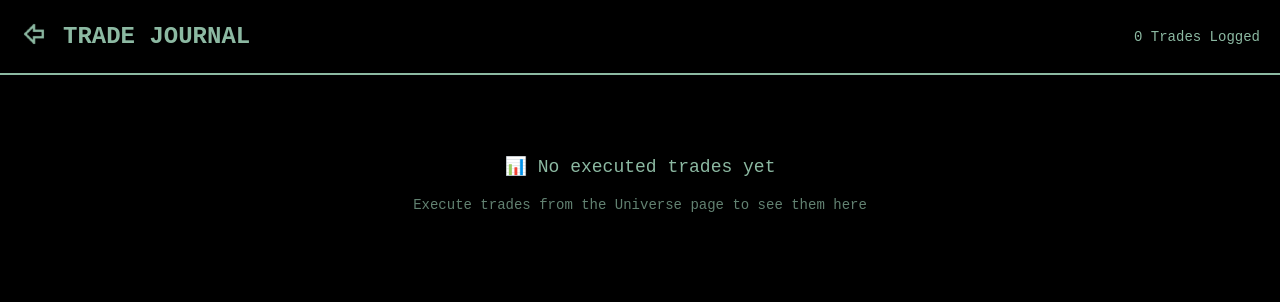
Repository: 11612x/burnlistv1.1
Page: /journal
An editor plug-in stored every save of this project. The page is shown before and after the next save, followed by the edit.
The browser window is 1280 px wide. The pictures show the whole page.
The project was rebuilt for these pictures with package versions that can differ from the ones it lists, and the page was loaded fresh each time. Also part of the build but not shown: vite.config.js, src/components/CustomTooltip.jsx, src/logic/portfolioUtils.js, src/components/WatchlistChart.jsx, src/data/randomNames.js, src/data/mockTickerGenerator.js, src/components/NotificationBanner.jsx, src/pages/HomePage.jsx and 22 more.

Above is the page before, as saved 2025-07-25 15:57:22.

After the next save:
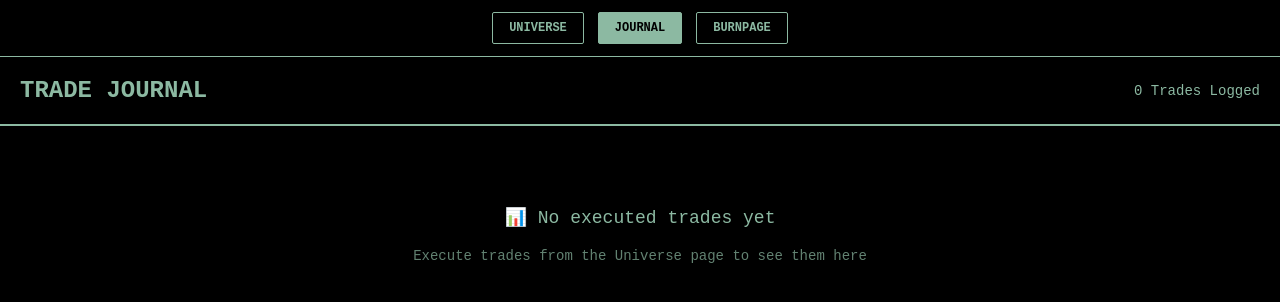
Saved 15 s later.
--- a/src/pages/TradeJournal.jsx
+++ b/src/pages/TradeJournal.jsx
@@ -65,6 +65,9 @@ const TradeJournal = () => {
       padding: '0',
       fontFamily: "'Courier New', monospace"
     }}>
+      {/* Navigation Bar */}
+      <NavigationBar />
+
       {/* Header */}
       <div style={{
         display: 'flex',
@@ -75,25 +78,6 @@ const TradeJournal = () => {
         background: 'rgba(0,0,0,0.3)'
       }}>
         <div style={{ display: 'flex', alignItems: 'center', gap: '15px' }}>
-          <CustomButton
-            onClick={() => navigate('/')}
-            style={{
-              background: 'none',
-              border: 'none',
-              padding: 0,
-              cursor: 'pointer'
-            }}
-          >
-            <img
-              src={backbutton}
-              alt="Back"
-              style={{
-                width: '24px',
-                height: '24px',
-                filter: isInverted ? 'invert(1)' : 'none'
-              }}
-            />
-          </CustomButton>
           <h1 style={{
             color: CRT_GREEN,
             margin: 0,
